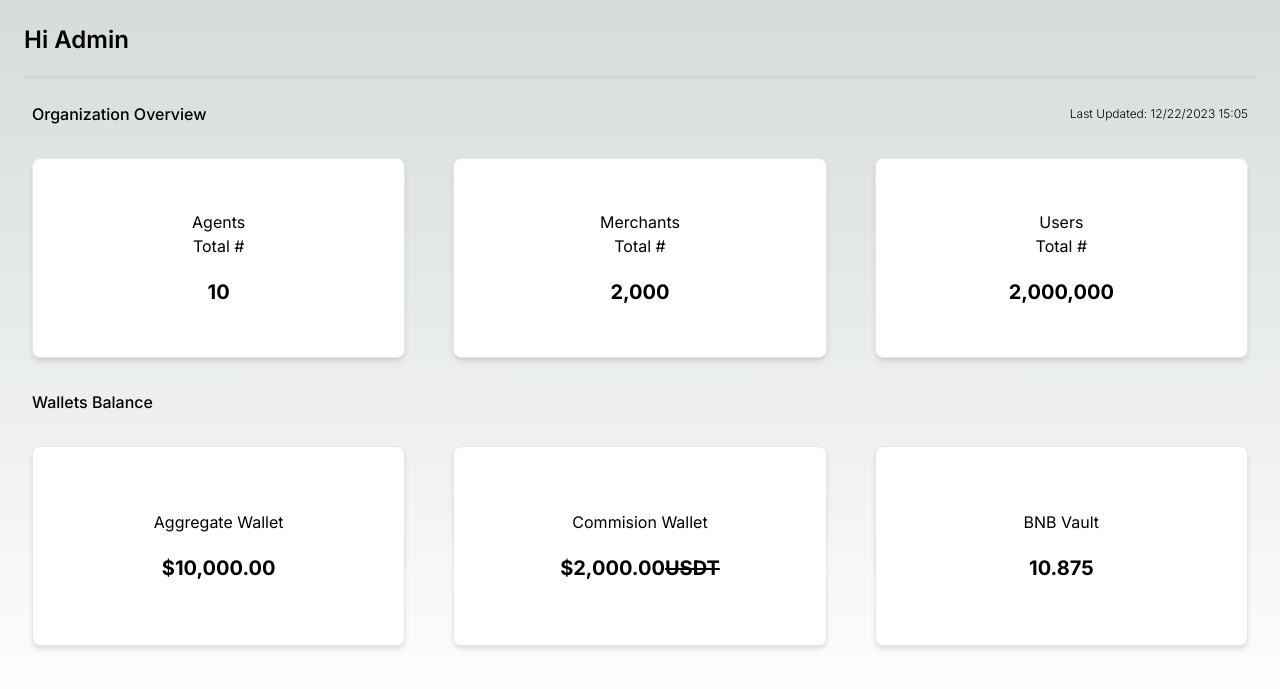
Repository: khairul35/merchant-dashboard
Page: /home
An editor plug-in stored every save of this project. The page is shown before and after the next save, followed by the edit.
The browser window is 1280 px wide. The pictures show the whole page.
The project was rebuilt for these pictures with package versions that can differ from the ones it lists, and the page was loaded fresh each time. The framework's server and built-in components were replaced by stand-ins that run in the browser. Also part of the build but not shown: next.config.js, app/components/layout/Header/index.module.css, app/components/layout/Header/index.component.tsx, app/components/layout/Navigation/index.module.css, app/components/layout/Navigation/index.component.tsx, app/components/layout/Navigation/menus.tsx.

Above is the page before, as saved 2024-01-03 17:37:26.

### app/layout.tsx
import type { Metadata } from 'next'
import { Inter } from 'next/font/google'
import Header from './components/layout/Header';
import Navigation from './components/layout/Navigation';
import { NotificationProvider } from './components/notification/NotificationContext.client';
import './globals.css';

const inter = Inter({ subsets: ['latin'] })

export const metadata: Metadata = {
  title: 'Merchant apps',
  description: 'Merchant web app',
}

export default function RootLayout({
  children,
}: {
  children: React.ReactNode
}) {
  return (
    <html lang="en">
      <body className={inter.className}>
        <NotificationProvider>
          <div className='flex flex-col h-screen overflow-hidden'>
            <Header />
            <div
              className="flex flex-1"
              style={{
                maxHeight: 'calc(100vh - 77px)',
              }}>
              <Navigation />
              <main className="flex-1 p-4">{children}</main>
            </div>
          </div>
        </NotificationProvider>
      </body>
    </html>
  )
}

### app/home/page.tsx
import Component from "./index.component";
import { HomeProps } from "./index.prop";

const Home = () => {
    const name = 'Admin';
    const organizationOverview = {
        totalAgents: 10,
        totalMerchants: 2000,
        totalUsers: 2000000
    };

    const wallets = {
        aggregateWallet: 10000,
        commisionWallet: 2000,
        BNBVault: 10.875,
    }

    const props: HomeProps = {
        name,
        organizationOverview,
        wallets
    }
    return (<Component {...props} />)
};

export default Home;

### app/components/layout/Header/index.tsx
'use client';

import { useEffect } from "react";
import Component from './index.component'
import { HeaderProps } from "./index.props";

const Header = () => {

    const onLogOut = () => {
        window.localStorage.setItem('isLogin', 'false');
        window.location.href = '/login';
    };

    useEffect(() => {
        if (window.localStorage.getItem('isLogin') == 'true') {
        }
    }, []);

    const props: HeaderProps = {
        onLogOut
    }

    return window.localStorage.getItem('isLogin') == 'true' ?
        (
            <Component {...props} />
        )
        : (<></>)
};

export default Header;

### app/components/layout/Navigation/index.tsx
'use client'

import Component from "./index.component";
import { NavigationProps } from "./index.props";
import { useState, useEffect } from 'react';
import { menus } from "./menus";

const Navigation = () => {

    const [currentPath, setCurrentPath] = useState<string>('');

    useEffect(() => {
        setCurrentPath(window.location.pathname);
    }, []);

    const props: NavigationProps = {
        menus,
        path: currentPath,
        setCurrentPath,
    }

    return window.localStorage.getItem('isLogin') == 'true' ?
        (
            <Component {...props} />
        )
        : (<></>)
};

export default Navigation;

### app/components/notification/NotificationContext.client.tsx
'use client';
import React, { createContext, useContext, useState } from 'react';

type NotificationType = 'success' | 'error' | 'loading';

type Notification = {
  message: string;
  type: NotificationType;
};

type NotificationContextType = {
  notification: Notification | null;
  showNotification: (message: string, type: NotificationType) => void;
  closeNotification: () => void;
};

const NotificationContext = createContext<NotificationContextType | null>(null);

interface NotificationProviderProps {
  children: React.ReactNode;
}

export const useNotification = () => {
  const context = useContext(NotificationContext);
  if (!context) {
    throw new Error('useNotification must be used within a NotificationProvider');
  }
  return context;
};

export const NotificationProvider: React.FC<NotificationProviderProps> = ({ children }) => {
  const [notification, setNotification] = useState<Notification | null>(null);

  const closeNotification = () => {
    setNotification(null);
  };

  const showNotification = (message: string, type: NotificationType) => {
    setNotification({ message, type });
    setTimeout(() => {
      closeNotification();
    }, 5000);
  };

  const value: NotificationContextType = {
    notification,
    showNotification,
    closeNotification,
  };

  return (
    <NotificationContext.Provider value={value}>
      {children}
    </NotificationContext.Provider>
  );
};

### app/globals.css
@tailwind base;
@tailwind components;
@tailwind utilities;

:root {
  --foreground-rgb: 0, 0, 0;
  --background-start-rgb: 214, 219, 220;
  --background-end-rgb: 255, 255, 255;
}

body {
  color: rgb(var(--foreground-rgb));
  background: linear-gradient(
      to bottom,
      transparent,
      rgb(var(--background-end-rgb))
    )
    rgb(var(--background-start-rgb));
    margin: 0;
    padding: 0;
}

### app/home/index.component.tsx
import { HomeProps } from "./index.prop";
import styles from './index.module.css';
import OrganizationOverview from './organization-overview';
import Wallet from './wallet-balance';


const Component = (props: HomeProps) => {
    const { name, organizationOverview, wallets } = props;

    return (
        <div>
            <div className="p-2">
                <h2 className="font-semibold text-2xl pb-5 border-b-2 border-y-gray-300">Hi { name }</h2>
            </div>
            <OrganizationOverview {...organizationOverview} />
            <Wallet {...wallets} />
        </div>
    )
};

export default Component;

### app/home/organization-overview/index.tsx
import Component from "./index.component";
import { OrganizationOverviewProps } from "./index.prop";

const OrganizationOverview = (props: OrganizationOverviewProps) => {
    const { totalAgents, totalMerchants, totalUsers } = props;

    const organizationOverviewProps: OrganizationOverviewProps = {
        totalAgents,
        totalMerchants,
        totalUsers,
    }
    return (<Component {...organizationOverviewProps} />)
};

export default OrganizationOverview;

### app/home/wallet-balance/index.tsx
import { WalletProps } from "./index.prop";
import Component from "./index.component";

const WalletBalance = (props: WalletProps) => {
    return (<Component {...props} />)
};

export default WalletBalance;

### app/home/organization-overview/index.component.tsx
import Card from "@/app/components/card";
import { OrganizationOverviewProps } from "./index.prop";
import styles from './index.module.css';
import { formatNumberToComma } from "@/utils/formatNumberToComma";

const Component = (props: OrganizationOverviewProps) => {
    const { totalAgents, totalMerchants, totalUsers } = props;

    return (
        <div>
            <div className="grid grid-cols-1 sm:grid-cols-2 gap-4">
                <div className="p-4 font-medium">Organization Overview</div>
                <div className="p-4 font-light text-xs flex justify-end items-center ">Last Updated: 12/22/2023 15:05</div>
            </div>
            <div className="grid grid-cols-1 sm:grid-cols-2 md:grid-cols-2 lg:grid-cols-3 gap-4">
                <div className="p-4">
                    <Card className={styles.organizationOverviewCard}>
                        <div style={{textAlign: 'center'}}>Agents<br />Total #</div>
                        <div className="font-bold text-xl pt-5">
                            {formatNumberToComma(totalAgents)}
                        </div>
                    </Card>
                </div>
                <div className="p-4">
                    <Card className={styles.organizationOverviewCard}>
                        <div style={{textAlign: 'center'}}>Merchants<br />Total #</div>
                        <div className="font-bold text-xl pt-5">
                            {formatNumberToComma(totalMerchants)}
                        </div>
                    </Card>
                </div>
                <div className="p-4">
                    <Card className={styles.organizationOverviewCard}>
                        <div style={{textAlign: 'center'}}>Users<br />Total #</div>
                        <div className="font-bold text-xl pt-5">
                            {formatNumberToComma(totalUsers)}
                        </div>
                    </Card>
                </div>
            </div>
        </div>
    )
};

export default Component;

### app/home/wallet-balance/index.component.tsx
import Card from "@/app/components/card";
import { WalletProps } from "./index.prop";
import styles from './index.module.css';
import { formatMoney } from "@/utils/formatMoney";

const Component = (props: WalletProps) => {
    const { aggregateWallet, commisionWallet, BNBVault } = props;
    return (
        <div>
            <div className="grid grid-cols-1 sm:grid-cols-2 gap-4">
                <div className="p-4 font-medium">Wallets Balance</div>
            </div>
            <div className="grid grid-cols-1 sm:grid-cols-2 md:grid-cols-2 lg:grid-cols-3 gap-4">
                <div className="p-4">
                    <Card className={styles.walletCard}>
                        <div style={{textAlign: 'center'}}>Aggregate Wallet</div>
                        <div className="font-bold text-xl pt-5">
                            {formatMoney(aggregateWallet, 'USD')}
                        </div>
                    </Card>
                </div>
                <div className="p-4">
                    <Card className={styles.walletCard}>
                        <div style={{textAlign: 'center'}}>Commision Wallet</div>
                        <div className="font-bold text-xl pt-5">
                            {formatMoney(commisionWallet, 'USD')}
                            <s>USDT</s>
                        </div>
                    </Card>
                </div>
                <div className="p-4">
                    <Card className={styles.walletCard}>
                        <div style={{textAlign: 'center'}}>BNB Vault</div>
                        <div className="font-bold text-xl pt-5">
                            {BNBVault}
                        </div>
                    </Card>
                </div>
            </div>
        </div>
    );
};

export default Component;

### app/components/card/index.tsx
'use client';

import React, { ReactNode } from 'react';

interface CardProps {
  children: ReactNode;
  className?: string;
  style?: React.CSSProperties;
  onClick?: () => void;
  hoverClassName?: string;
}

const Card: React.FC<CardProps> = ({
  children,
  className = '',
  style = {},
  onClick,
  hoverClassName = '',
}) => {
  const handleMouseEnter = () => {
    // Add hover effect on mouse enter if hoverClassName is provided
    if (hoverClassName) {
      const card = document.getElementById('card');
      card?.classList.add(hoverClassName);
    }
  };

  const handleMouseLeave = () => {
    // Remove hover effect on mouse leave if hoverClassName is provided
    if (hoverClassName) {
      const card = document.getElementById('card');
      card?.classList.remove(hoverClassName);
    }
  };

  return (
    <div
      id="card"
      className={`rounded-lg bg-white shadow-md p-6 border border-gray-200 ${className}`}
      style={style}
      onClick={onClick}
      onMouseEnter={handleMouseEnter}
      onMouseLeave={handleMouseLeave}
    >
      {children}
    </div>
  );
};

export default Card;

### app/home/organization-overview/index.module.css
.organizationOverviewCard {
    height: 200px;
    display: flex;
    justify-content: center; /* Horizontally aligns items */
    align-items: center;
    flex-direction: column;
}

### utils/formatNumberToComma.ts
export const formatNumberToComma = (n: number) : string => {
    if (!n) return '0';
    return n.toString().replace(/\B(?=(\d{3})+(?!\d))/g, ',');
};

### app/home/wallet-balance/index.module.css
.walletCard {
    height: 200px;
    display: flex;
    justify-content: center; /* Horizontally aligns items */
    align-items: center;
    flex-direction: column;
}

### utils/formatMoney.ts
export const formatMoney = (amount: number, currency: string): string => {
    const formatter = new Intl.NumberFormat('en-US', {
        style: 'currency',
        currency: currency,
    });
    return formatter.format(amount);
};

### tailwind.config.ts
import type { Config } from 'tailwindcss'

const config: Config = {
  content: [
    './pages/**/*.{js,ts,jsx,tsx,mdx}',
    './components/**/*.{js,ts,jsx,tsx,mdx}',
    './app/**/*.{js,ts,jsx,tsx,mdx}',
  ],
  theme: {
    extend: {
      backgroundImage: {
        'gradient-radial': 'radial-gradient(var(--tw-gradient-stops))',
        'gradient-conic':
          'conic-gradient(from 180deg at 50% 50%, var(--tw-gradient-stops))',
      },
      backgroundColor: {
        'bg-color': '#EAEAEA', // Define a custom background color class
      },
      button: {
        'primary': '#7A7A7A',
      },
      fontWeight: {
        'label': '600',
      },
    },
  },
  plugins: [require("daisyui")],
  daisyui: {
    themes: [
      {
        mytheme: {
          "primary": "##7A7A7A",
          "secondary": "#d926a9",
          "accent": "#1fb2a6",
          "neutral": "#2a323c",
          "base-100": "#1d232a",
          "info": "#3abff8",
          "success": "#36d399",
          "warning": "#fbbd23",
          "error": "#f87272",
        },
      },
    ],
  },
}
export default config

After the next save:
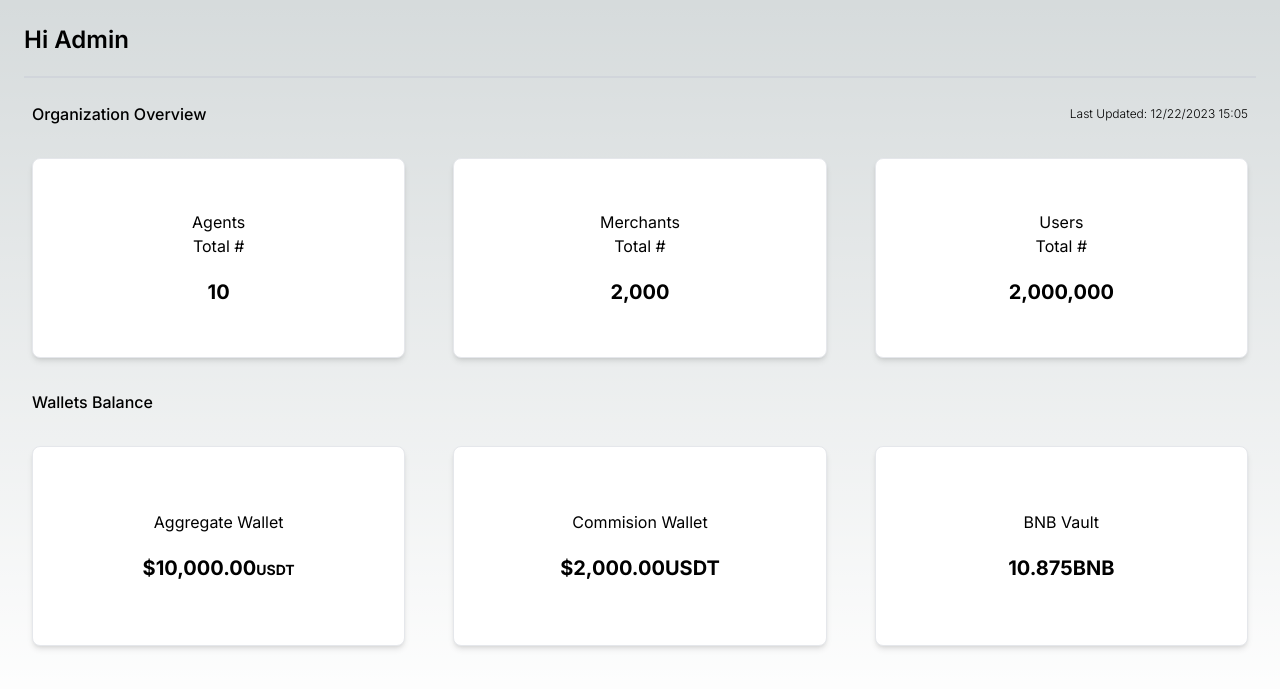
Saved 69 s later.
--- a/app/home/wallet-balance/index.component.tsx
+++ b/app/home/wallet-balance/index.component.tsx
@@ -15,7 +15,12 @@
                     <Card className={styles.walletCard}>
                         <div style={{textAlign: 'center'}}>Aggregate Wallet</div>
                         <div className="font-bold text-xl pt-5">
-                            {formatMoney(aggregateWallet, 'USD')}
+                            <span>
+                                {formatMoney(aggregateWallet, 'USD')}
+                            </span>
+                            <span className="text-sm">
+                                USDT
+                            </span>
                         </div>
                     </Card>
                 </div>
@@ -24,7 +29,7 @@
                         <div style={{textAlign: 'center'}}>Commision Wallet</div>
                         <div className="font-bold text-xl pt-5">
                             {formatMoney(commisionWallet, 'USD')}
-                            <s>USDT</s>
+                            USDT
                         </div>
                     </Card>
                 </div>
@@ -33,6 +38,7 @@
                         <div style={{textAlign: 'center'}}>BNB Vault</div>
                         <div className="font-bold text-xl pt-5">
                             {BNBVault}
+                            BNB
                         </div>
                     </Card>
                 </div>
